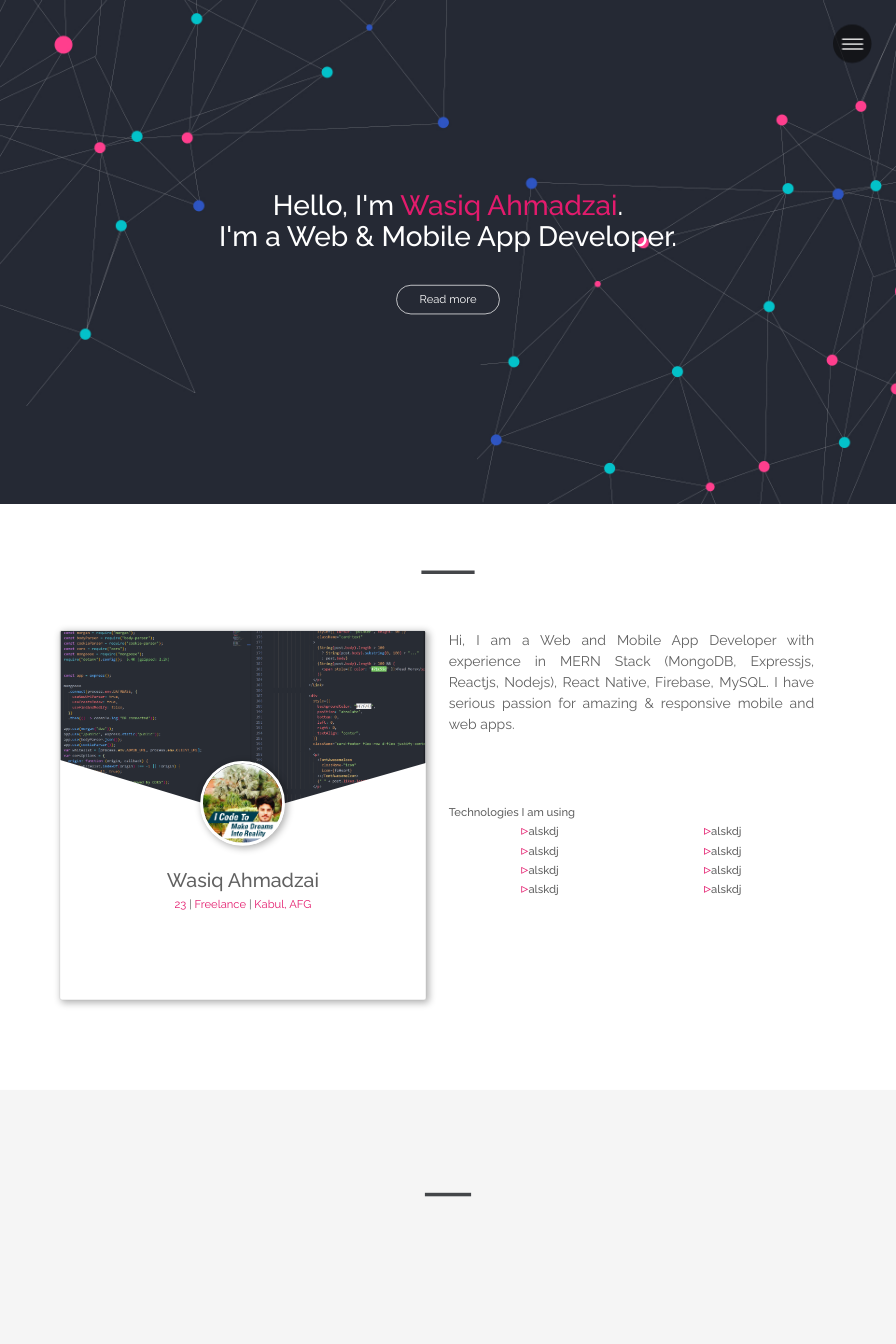
Repository: wasiqkhan/wasiqkhan.github.io
Page: index.html
The author's editor kept a copy of each file at every save. The page is drawn from the files as they stood at one save, then again after the next save.
The browser window is 1280 px wide. The pictures show the part of the page from y = 0 to 1920 px (the page is 5002 px tall), at 70% of full size.
Some web fonts or font styles are not loaded; a fallback is used.

Above is the page before, as saved 2020-11-06 17:49:04.
Not found: js/all.js
Not found: js/app.js
Not found: js/particles.js

After the next save:
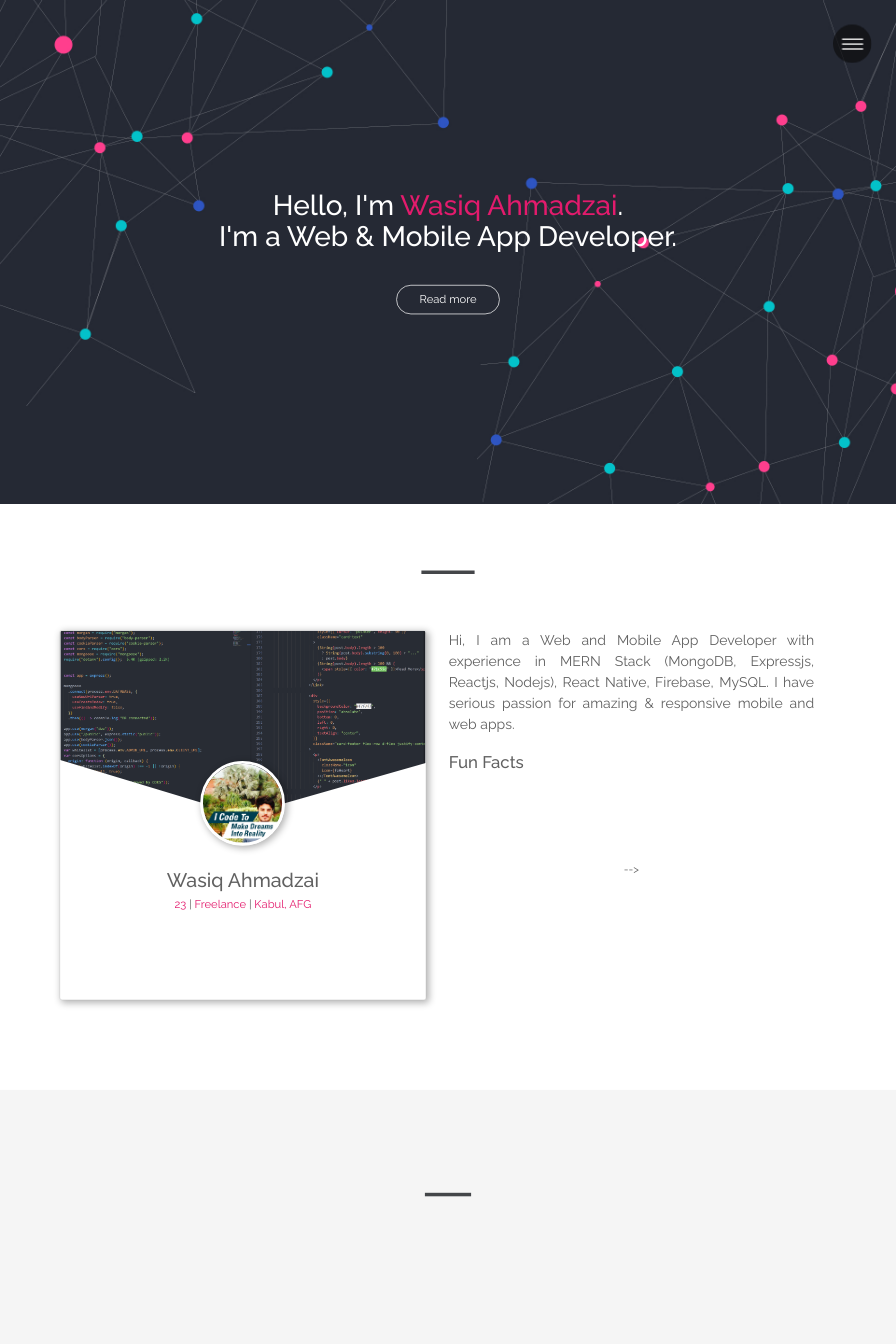
Saved 53 s later.
--- a/index.html
+++ b/index.html
@@ -146,32 +146,10 @@
           <p class="info-p lead">Hi, I am a Web and Mobile App Developer with experience in MERN Stack (MongoDB, Expressjs, Reactjs, Nodejs), React Native, Firebase, MySQL. I have serious passion for amazing & responsive mobile and web apps.</p>
 
         </div>
-        <h6 style="text-align:left">Technologies I am using</h6>
-        <!-- <div class="service-items" style="padding: 0 0">
-        <ul class="skill-set">
-          <li>Javascript</li>
-          <li>Reactjs</li>
-          <li>Nodejs</li>
-          <li>React Native</li>
-          <li>MongoDB</li>
-          <li>MySQL</li>
-        </ul>
-      </div> -->
-      <div class="skill-items">
-      <div class="skill-group">
-        <h6>alskdj</h6>
-        <h6>alskdj</h6>
-        <h6>alskdj</h6>
-        <h6>alskdj</h6>
-      </div>
-      <div class="skill-group">
-        <h6>alskdj</h6>
-        <h6>alskdj</h6>
-        <h6>alskdj</h6>
-        <h6>alskdj</h6>
-      </div>
-    </div>
-        <!-- <div class="service-items flex-wrap" style="padding: 0 0">
+        <h4 style="text-align:left">Fun Facts</h4>
+
+
+         <div class="service-items flex-wrap" style="padding: 0 0">
             <div class="item fun-facts" style="margin-right: 10px ;background: #252934">
               <div>
                 <i class="fas fa-coffee fa-2x mb-3" style="color:#E31B6D"></i>
@@ -209,7 +187,9 @@
 
 
 
-
+<div>
+          <a href="#contact" class="hire-me">Hire Me</a>
+        </div>
 
       </div>
 
